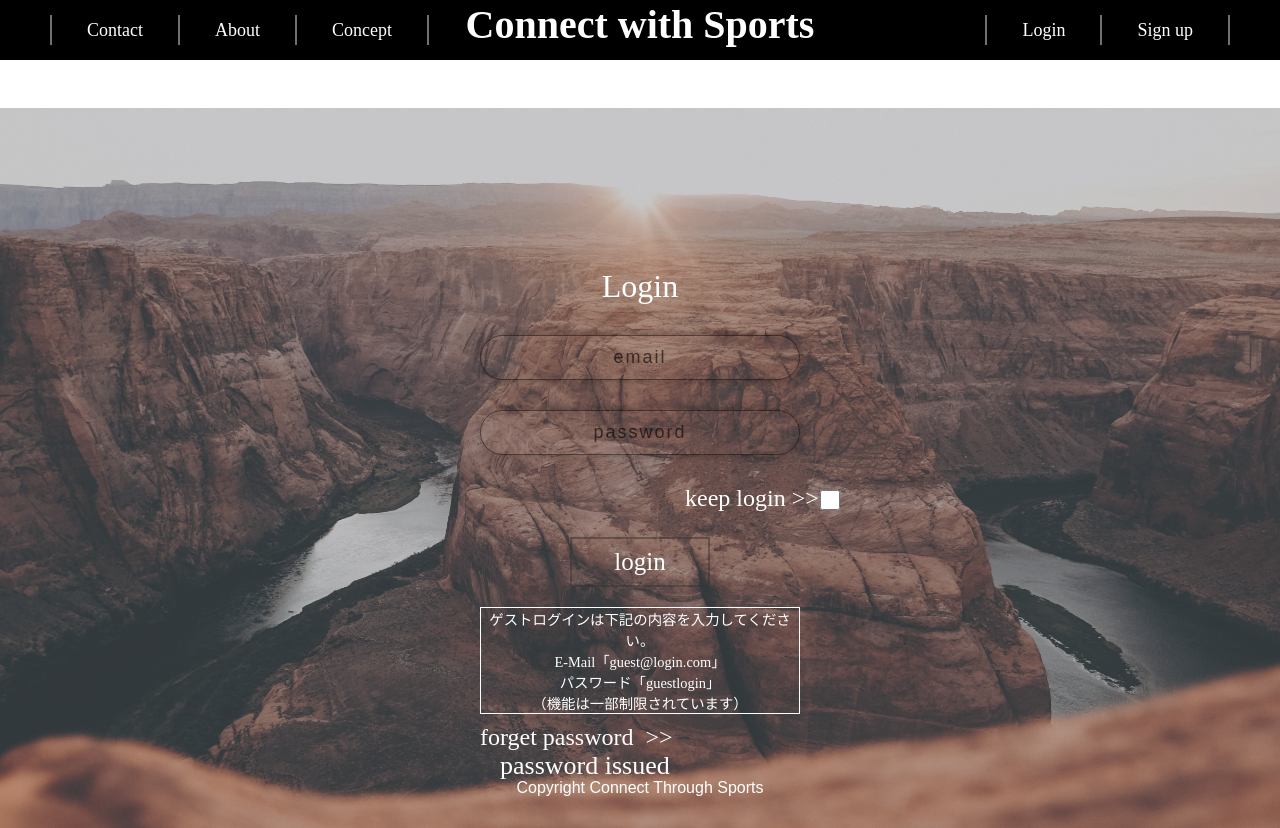
Repository: shuehi23/Connect_with_Sports
Page: http://localhost/Cheering_sport/login.php
These files come from the project's save history. The page is drawn as it stood at one moment and after the next save; the edit follows.
The browser window is 1280 px wide. The pictures show the whole page.
Some web fonts or font styles are not loaded; a fallback is used. Some web libraries are served in a nearby version. The page is run by PHP 8.4 with error messages shown; the project is at /var/www/html/.

Above is the page before, as saved 2020-10-30 18:43:30.

After the next save:
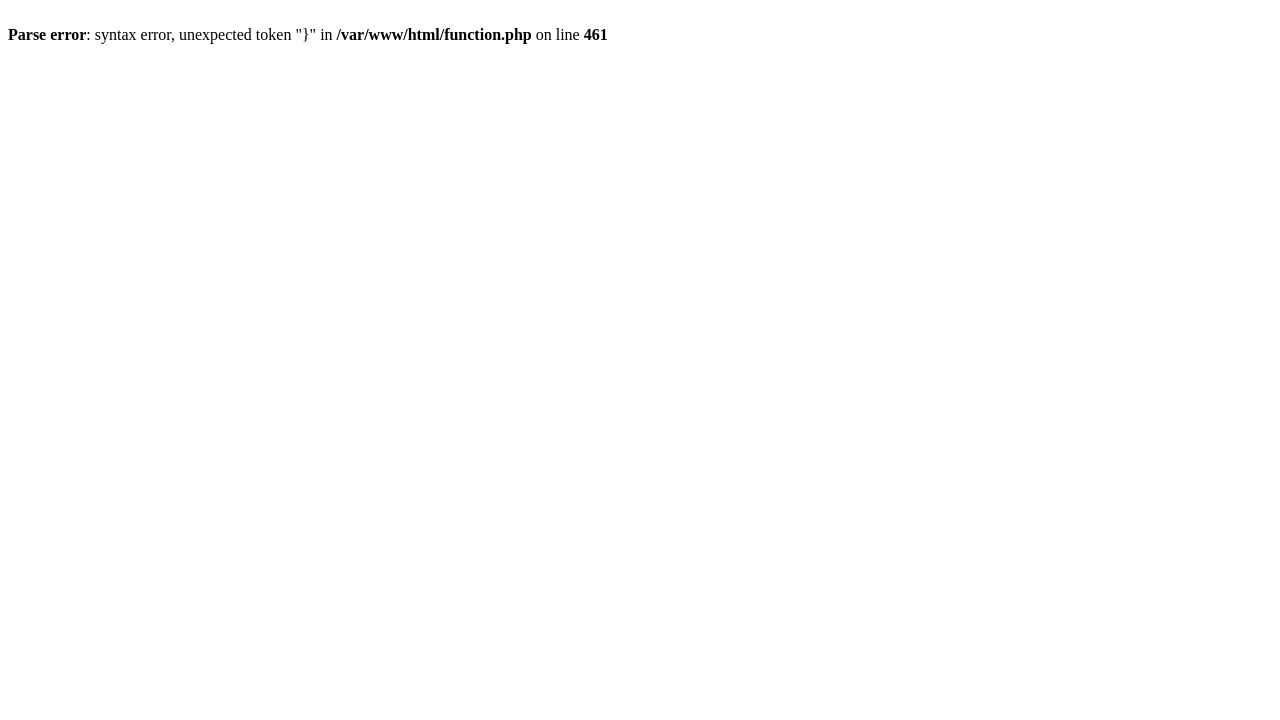
Saved 28 min 49 s later.
--- a/function.php
+++ b/function.php
@@ -440,7 +440,7 @@
     debug('写真ID:' . $p_id);
     try {
         $dbh = dbConnect();
-        $sql = 'SELECT p.id, p.title, p.place, p.key1, p.key2, p.key3, p.category_id, p.comment_id, p.pic1, p.pic2, p.pic3, p.pic4, p.create_date, p.update_date, p.posted_id, u.username, u.intro, u.pic, c.name AS c_name FROM photo AS p INNER JOIN users AS u ON p.posted_id = u.id INNER JOIN category AS c ON p.category_id = c.id WHERE p.id=? AND p.delete_flg = 0 AND u.delete_flg = 0';
+        $sql = 'SELECT p.id, p.title, p.place, p.key1, p.key2, p.key3, p.category_id, p.comment, p.pic1, p.pic2, p.pic3, p.pic4, p.create_date, p.update_date, p.posted_id, u.username, u.intro, u.pic, c.name AS c_name FROM photo AS p INNER JOIN users AS u ON p.posted_id = u.id INNER JOIN category AS c ON p.category_id = c.id WHERE p.id=? AND p.delete_flg = 0 AND u.delete_flg = 0';
         $data = array($p_id);
         $stmt = queryPost($dbh, $sql, $data);
         if ($stmt) {
@@ -452,7 +452,14 @@
         error_log('エラー発生:' . $e->getMessage());
     }
 }
-
+// 各投稿のコメントを取得
+function getPartnerComment($p_id) {
+    debug('コメント取得します');
+    try {
+        $dbh = dbConnect();
+        $sql = 'SELECT c.from_user, c.comment'
+    }
+}
 // 指定された写真情報メッセージ取得
 function getMsgData($id)
 {

After the save that followed:
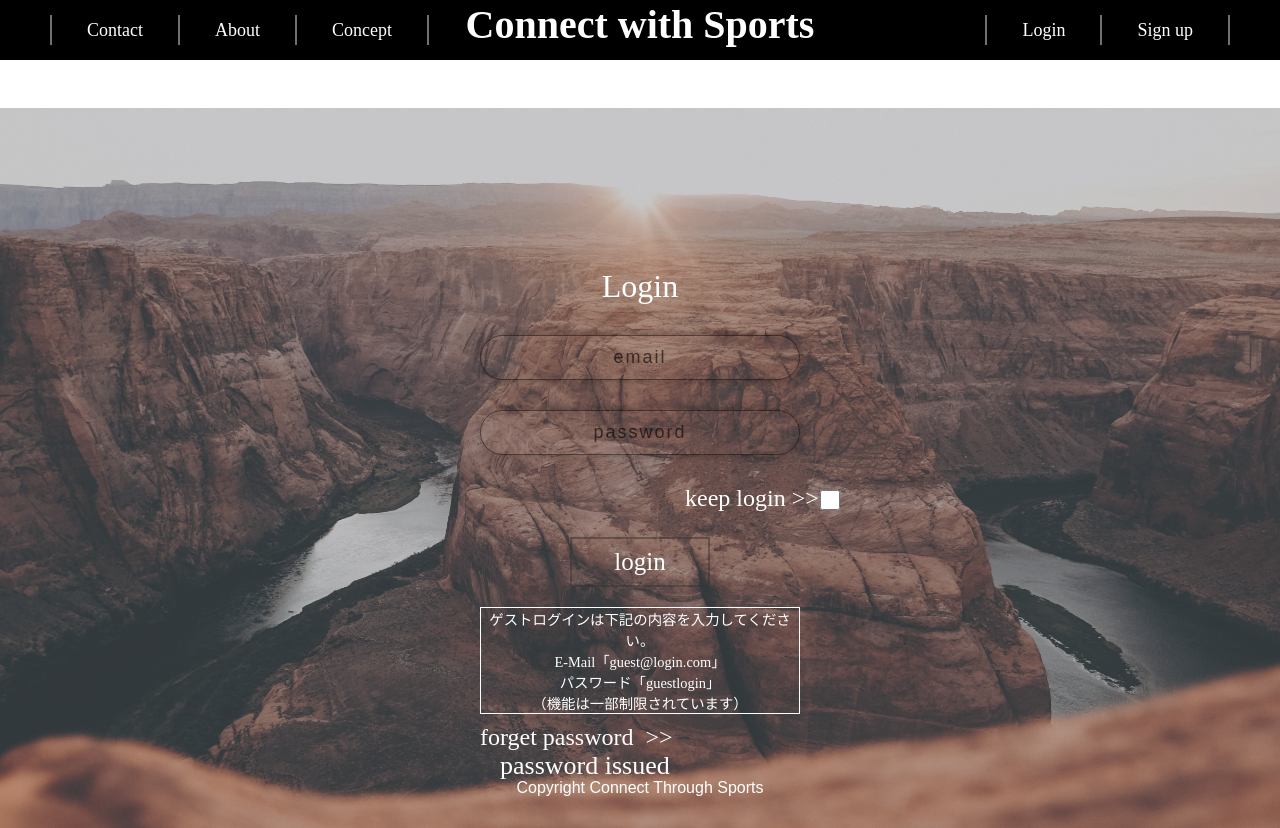
Saved 12 min 5 s later.
--- a/function.php
+++ b/function.php
@@ -440,7 +440,7 @@
     debug('写真ID:' . $p_id);
     try {
         $dbh = dbConnect();
-        $sql = 'SELECT p.id, p.title, p.place, p.key1, p.key2, p.key3, p.category_id, p.comment, p.pic1, p.pic2, p.pic3, p.pic4, p.create_date, p.update_date, p.posted_id, u.username, u.intro, u.pic, c.name AS c_name FROM photo AS p INNER JOIN users AS u ON p.posted_id = u.id INNER JOIN category AS c ON p.category_id = c.id WHERE p.id=? AND p.delete_flg = 0 AND u.delete_flg = 0';
+        $sql = 'SELECT p.id, p.title, p.place, p.key1, p.key2, p.key3, p.category_id, p.comment_id, p.pic1, p.pic2, p.pic3, p.pic4, p.create_date, p.update_date, p.posted_id, u.username, u.intro, u.pic, c.name AS c_name FROM photo AS p INNER JOIN users AS u ON p.posted_id = u.id INNER JOIN category AS c ON p.category_id = c.id WHERE p.id=? AND p.delete_flg = 0 AND u.delete_flg = 0';
         $data = array($p_id);
         $stmt = queryPost($dbh, $sql, $data);
         if ($stmt) {
@@ -457,7 +457,18 @@
     debug('コメント取得します');
     try {
         $dbh = dbConnect();
-        $sql = 'SELECT c.from_user, c.comment'
+        $sql = 'SELECT p.from_user, p.comment, u.id, u.user_name, u.pic FROM partnerComment AS p INNER JOIN users AS u ON p.from_user = u.id WHERE photo_id = ? AND p.delete_flg = 0 AND u.delete_flg = 0 ORDER BY p.send_date ASC';
+        $data = array($p_id);
+
+        $stmt = queryPost($dbh, $sql, $data);
+        if($stmt) {
+            return $stmt->fetchAll();
+        }else{
+            return false;
+        }
+
+    } catch (Exception $e) {
+        error_log('エラー発生:' . $e->getMessage());
     }
 }
 // 指定された写真情報メッセージ取得
